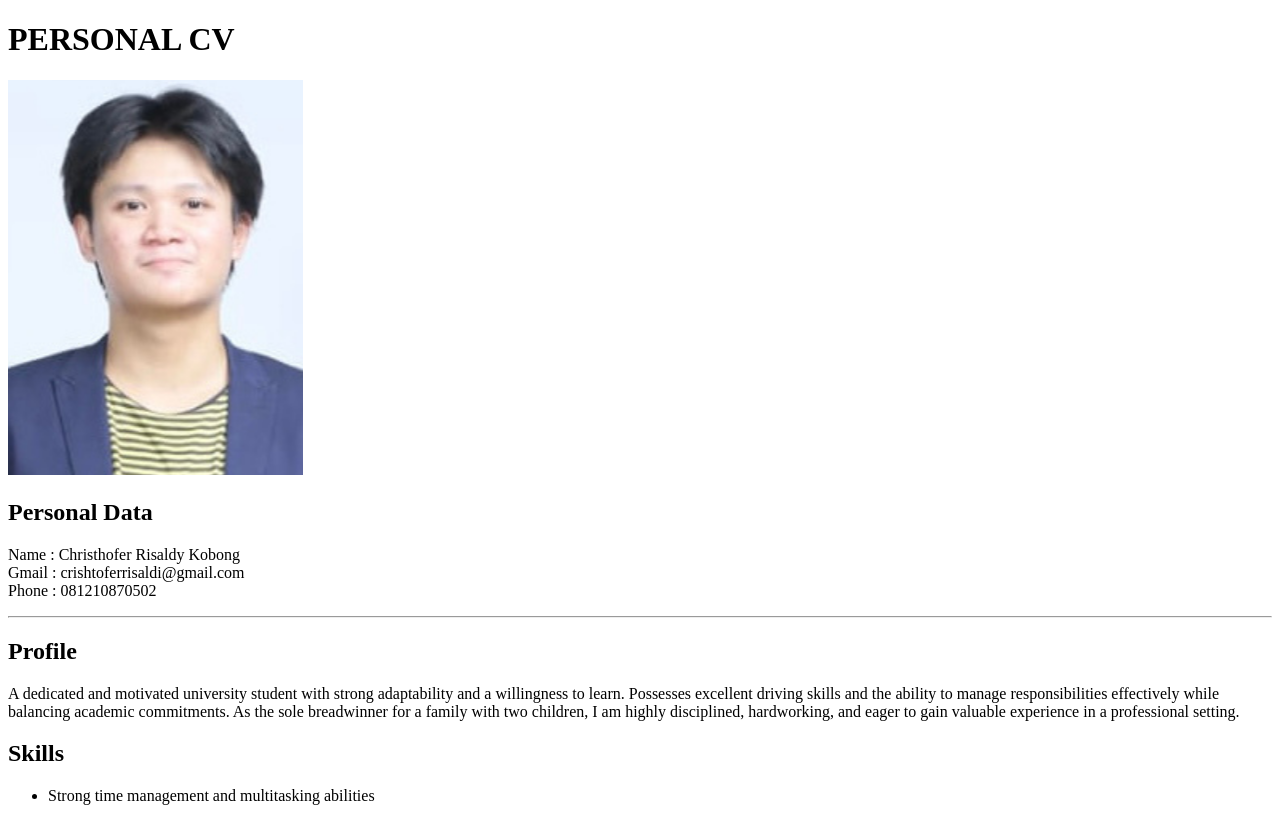
Repository: ChristhoferRisaldy/CVWeb
Page: web.html
An editor plug-in stored every save of this project. The page is shown before and after the next save, followed by the edit.
The browser window is 1280 px wide. The pictures show the whole page.

Above is the page before, as saved 2025-02-21 21:13:25.

### web.html
<!DOCTYPE html>
<html>
    <head>
        <meta name="viewport" content="width=device-width, inital-scale=1">
    </head>
    <body>
        <h1>PERSONAL CV</h1>
        <img src="1.png">

        <h2><b>Personal Data</b></h3>
        <p>
            Name : Christhofer Risaldy Kobong<br>
            Gmail : crishtoferrisaldi@gmail.com<br>
            Phone : 081210870502
        </p>

        <hr>
        <h2>Profile</h2>
        <p>A dedicated and motivated university student with strong adaptability and a willingness to learn. Possesses excellent driving skills and the ability to manage responsibilities effectively while balancing academic commitments. As the sole breadwinner for a family with two children, I am highly disciplined, hardworking, and eager to gain valuable experience in a professional setting.
        </p>

        <h2>Skills</h2>
        <ul>
            <li>Strong time management and multitasking abilities</li>
        </ul>
</html>

After the next save:
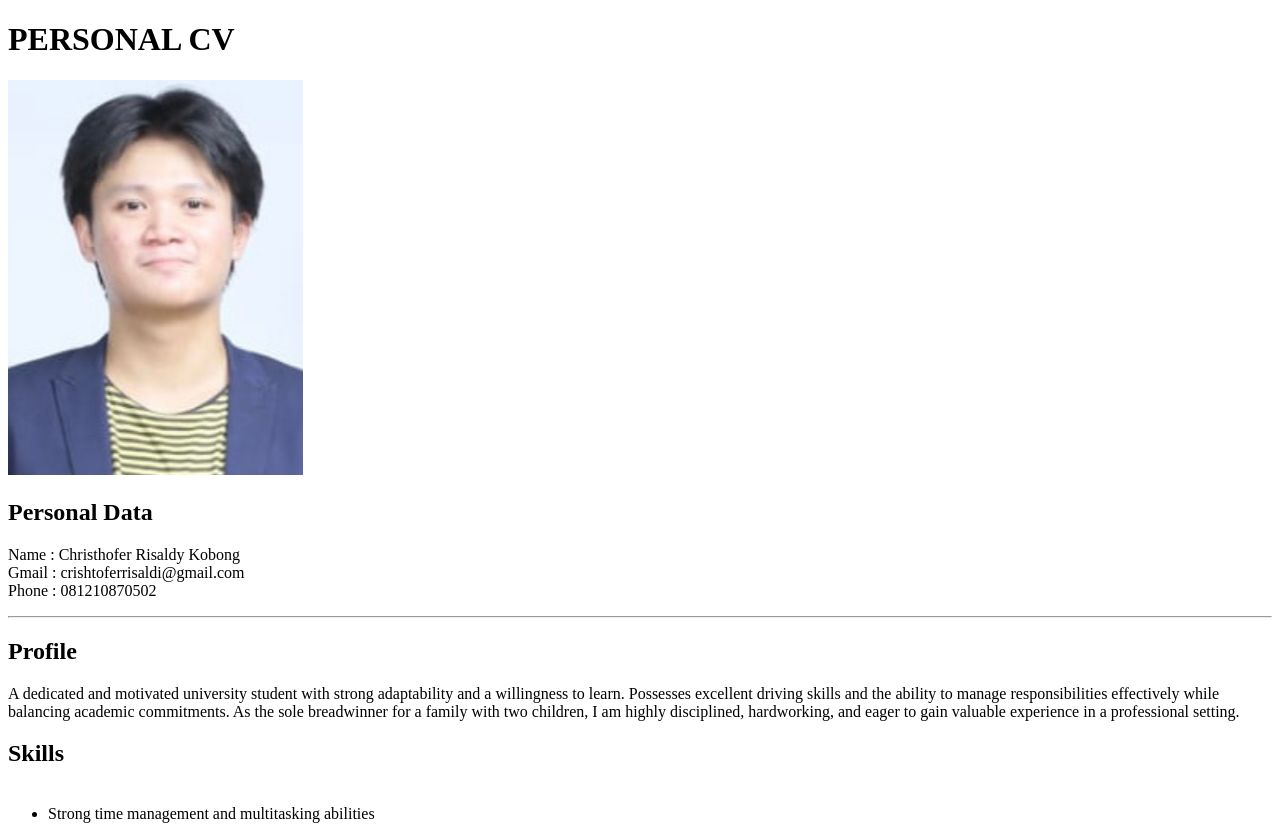
Saved 15 s later.
--- a/web.html
+++ b/web.html
@@ -20,7 +20,7 @@
         </p>
 
         <h2>Skills</h2>
-        <ul>
+        <ul><br>
             <li>Strong time management and multitasking abilities</li>
         </ul>
 </html>

After the save that followed:
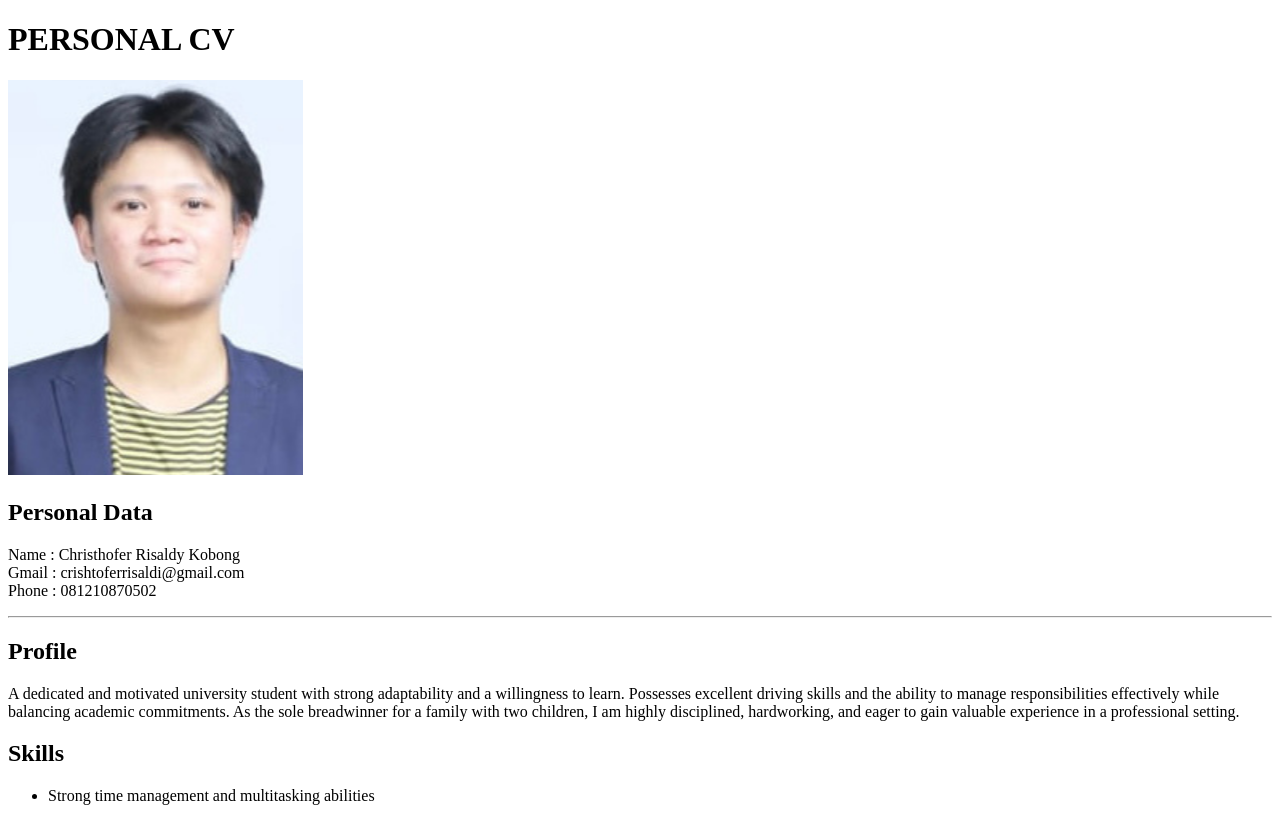
Saved 5 s later.
--- a/web.html
+++ b/web.html
@@ -20,7 +20,7 @@
         </p>
 
         <h2>Skills</h2>
-        <ul><br>
+        <ul>
             <li>Strong time management and multitasking abilities</li>
         </ul>
 </html>
